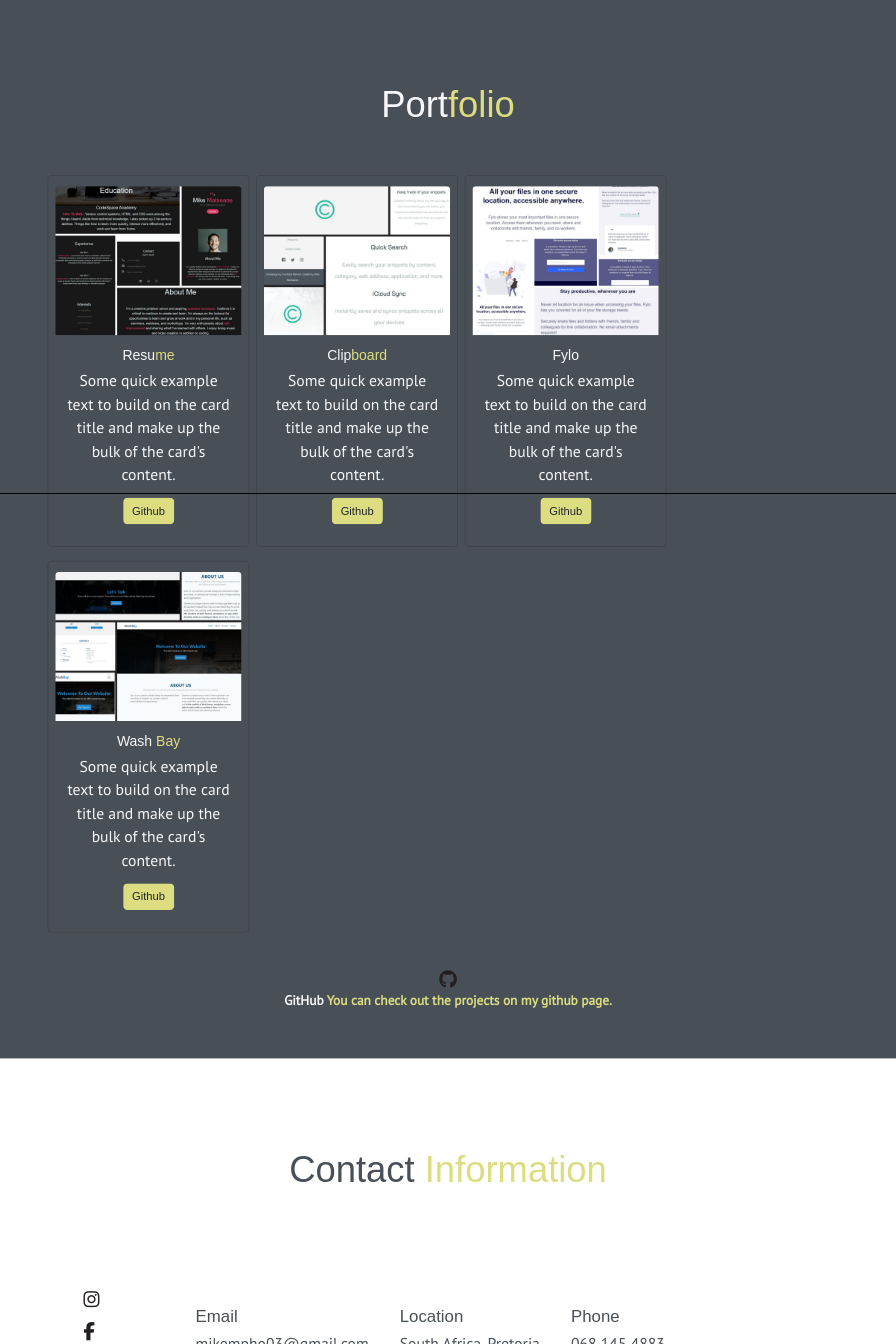
Repository: mikempho/resume10-Final
Page: resume10.html
These files come from the project's save history. The page is drawn as it stood at one moment and after the next save; the edit follows.
The browser window is 1280 px wide. The pictures show the part of the page from y = 2200 to 4120 px (the page is 4379 px tall before and 4404 px after), at 70% of full size.
Some web fonts or font styles are not loaded; a fallback is used. Some web libraries are served in a nearby version.

Above is the page before, as saved 2022-05-19 18:37:45.

### resume10.html
<html lang="en">
<head>
    <meta charset="UTF-8">
    <meta http-equiv="X-UA-Compatible" content="IE=edge">
    <meta name="viewport" content="width=device-width, initial-scale=1.0">
    <title>Mike Matseane</title>
    <!-- CSS only -->
    <link href="https://cdn.jsdelivr.net/npm/bootstrap@5.2.0-beta1/dist/css/bootstrap.min.css" rel="stylesheet" integrity="sha384-0evHe/X+R7YkIZDRvuzKMRqM+OrBnVFBL6DOitfPri4tjfHxaWutUpFmBp4vmVor" crossorigin="anonymous">

    <!-- Google Font -->
    <link rel="preconnect" href="https://fonts.googleapis.com">
    <link rel="preconnect" href="https://fonts.gstatic.com" crossorigin>
    <link href="https://fonts.googleapis.com/css2?family=PT+Sans&family=Paytone+One&display=swap" rel="stylesheet">

    <!-- CSS StyleSheet -->
    <link rel="stylesheet" href="./css/style.css">
</head>
<body>
    <!-- landing Section -->
    <header id="header">

        <!-- navbar section -->
        <nav class="navbar navbar-expand-lg">
            <div class="container-fluid justify-content-end fixed-position">
                <button class="navbar-toggler" type="button" data-bs-toggle="collapse" data-bs-target="#navbarSupportedContent" aria-controls="navbarSupportedContent" aria-expanded="false" aria-label="Toggle navigation">
                    <span class="navbar-toggler-icon"></span>
                </button>
                <div class="collapse navbar-collapse text-center mt-5" id="navbarSupportedContent">
                    <ul id="my-nav" class="navbar-nav me-auto mb-2 mb-lg-0">
                        <li class="nav-item">
                            <a class="nav-link nav-names" aria-current="page" href="#contact-section">Contact</a>
                        </li>
                        <li class="nav-item">
                            <a class="nav-link nav-names" aria-current="page" href="#portfolio-section">Portfolio</a>
                        </li>
                        <li class="nav-item">
                            <a class="nav-link nav-names" aria-current="page" href="#about-me-section">About Me</a>
                        </li>
                    </ul>
                </div>
            </div>
        </nav>

        <!-- hero section -->
        <div class="container-fluid hero">
            <div class="row">
                <div class="content-box col-md-6 text-align-left">
                    <h1><span>Mike</span> Matseane</h1>
                    <p>I'm an innovative web developer and video editor located in South Africa, Pretoria.</p>
                    <div class="icon-box">
                        <h6>Socials</h6>
                        <!-- Social Icons -->
                        <a href="#"><i class="fa-brands fa-instagram"></i></a>
                        <a href="#"><i class="fa-brands fa-facebook-f"></i></a>
                        <a href="#"><i class="fa-brands fa-twitter"></i></a>
                        <a href="#"><i class="fa-brands fa-linkedin"></i></a>

                    </div>
                </div>
                <!-- Illustration -->
                <div class="hero-section-img col-md-6">
                    <img src="./assets/img/undraw_laravel_and_vue_-59-tp.svg" alt="">
                </div>
            </div>
        </div>
    </header>

    <main>

        <!-- skill-stacks-tools -->
        <section id="tech-stacks-tools">
            <h6 class="sub-heading">Tech stacks and tools I Use</h6>

            <!-- Bootstrap Carousel -->
            <div id="carouselExampleSlidesOnly" class="carousel slide" data-bs-ride="carousel">
                <div class="carousel-inner">
                  <!-- Html  -->
                  <div class="carousel-item active " >
                    <img src="./assets/img/html.png"  alt="...">
                    <h6>Html</h6>
                  </div>

                  <!-- Css  -->
                  <div class="carousel-item">
                    <img src="./assets/img/css.png"  alt="...">
                    <h6>CSS</h6>
                  </div>

                  <!-- Bootstrap  -->
                  <div class="carousel-item">
                    <img src="./assets/img/bootstrap-logo.png"  alt="...">
                    <h6>Bootstrap</h6>
                  </div>

                  <!-- Github  -->
                  <div class="carousel-item">
                    <img src="./assets/img/GitHub_logo.png"  alt="...">
                    <h6>Github</h6>
                  </div>

                  <!-- Visual Studio Code  -->
                  <div class="carousel-item ">
                    <img src="./assets/img/visual-studio-code.png" alt="...">
                    <h6>visual-studio-code</h6>
                  </div>

                </div>
              </div>
        </section>

        <!-- about me section -->
        <section id="about-me-section">
            <div class="container-fluid">
                <div class="row">
                    <div class="col-md-6">
                        <!-- Responsive-->
                        <picture>
                            <source media="(max-width: 765px)" srcset="./assets/img/mobile-img.png">
                            <source media="(max-width: 992px)" srcset="./assets/img/tablet-img.png">
                            <img src="./assets/img/laptop-img.png" alt="my-profile-picture">
                        </picture>
                    </div>
                    <div class="col-md-6 content-box">
                        <h1>About <span>Me</span></h1>
                        <p>I'm a creative problem solver and aspiring software developer. I believe it is critical to continue to create and learn. I'm always on the lookout for opportunities to learn and grow at work and in my personal life, such as seminars, webinars, and workshops. I'm very enthusiastic about self-improvement and sharing what I've learned with others. I enjoy creating music, producing and editing video content in addition to coding.</p>
                    </div>
                </div>
            </div>
        </section>

        <!-- education section -->
        <section id="education-section">
            <h1><span>Education</span></h1>
            <div class="row">
                <div class="education-box col-sm-6">
                    <p><span>Intro To web -</span> Nemo at vitae quos quasi adipisci laborum debitis commodi repudiandae veniam laudantium explicabo qui dolorum facilis, provident recusandae. Aspernatur, neque.</p>
                </div>
                <div class="education-box col-sm-6">
                    <p><span>Intro To web - </span>Obcaecati ut ea assumenda sunt amet. Sapiente atque maxime soluta? Nemo at vitae quos quasi adipisci laborum debitis commodi repudiandae veniam laudantium explicabo qui dolorum facilis, provident recusandae. Aspernatur, neque.</p>
                </div>
            </div>
        </section>

        <!-- portfolio section -->
        <section id="portfolio-section">
            <div class="container-fluid">
                <h1>Port<span>folio</span></h1>
                <div class="row project-container">
                    <div class="card project-box" style="width: 18rem;">
                        <img src="./assets/img/resume-portfolio.png" class="card-img-top" alt="project-img">
                        <div class="card-body">
                          <h5 class="card-title">Resu<span>me</span></h5>
                          <p class="card-text">Some quick example text to build on the card title and make up the bulk of the card's content.</p>
                          <a href="#" class="btn btn-github">Github</a>
                        </div>
                    </div>
                    <div class="card project-box" style="width: 18rem;">
                        <img src="./assets/img/frontend-mentor-challenge-portfolio.png" class="card-img-top" alt="project-img-2">
                        <div class="card-body">
                          <h5 class="card-title">Clip<span>board</span></h5>
                          <p class="card-text">Some quick example text to build on the card title and make up the bulk of the card's content.</p>
                          <a href="#" class="btn btn-github">Github</a>
                        </div>
                    </div>
                    <div class="card project-box" style="width: 18rem;">
                        <img src="./assets/img/flyo-frontend-mentor-challenge.png" class="card-img-top" alt="project-img-3">
                        <div class="card-body">
                          <h5 class="card-title">Fylo</h5>
                          <p class="card-text">Some quick example text to build on the card title and make up the bulk of the card's content.</p>
                          <a href="#" class="btn btn-github">Github</a>
                        </div>
                    </div>
                    <div class="card project-box" style="width: 18rem;">
                        <img src="./assets/img/wash-bay.png" class="card-img-top" alt="project-img-4">
                        <div class="card-body">
                          <h5 class="card-title">Wash <span>Bay</span> </h5>
                          <p class="card-text">Some quick example text to build on the card title and make up the bulk of the card's content.</p>
                          <a href="#" class="btn btn-github">Github</a>
                        </div>
                    </div>

                </div>

                <!-- Github link -->
                <div class="github-link">
                    <a href="#"><i class="fa-brands fa-github"></i></a>
                    <h6>GitHub <span>You can check out the projects on my github page.</span></h6>
                </div>
            </div>
        </section>

        <!-- contact-section -->
        <section id="contact-section">
            <div class="container-fluid">
                <h1>Contact <span>Information</span></h1>
                <div class="contact-box row">

                    <!-- Social icons (Links) -->
                    <div class="social-icons col-md-2">
                        <a href="#"><i class="fa-brands fa-instagram"></i></a>
                        <a href="#"><i class="fa-brands fa-facebook-f"></i></a>
                        <a href="#"><i class="fa-brands fa-twitter"></i></a>
                        <a href="#"><i class="fa-brands fa-linkedin"></i></a>
                    </div>
                    <div class="contact-info col-md-10">
                        <!-- email -->
                        <div class="email">
                            <h4>Email</h4>
                            <p>mikempho03@gmail.com</p>
                        </div>

                        <!-- location -->
                        <div class="location">
                            <h4>Location</h4>
                            <p>South Africa, Pretoria</p>
                        </div>

                        <!-- Phone -->
                        <div class="phone">
                            <h4>Phone</h4>
                            <p>068 145 4883</p>
                        </div>
                    </div>
                </div>
                <h5 class="home"><a href="#header"><img src="./assets/img/arrow-up-solid.svg" alt=""></a></h5>
            </div>
        </section>
    </main>
    <!-- Font Awesome -->
    <script src="https://kit.fontawesome.com/80b57f53cf.js" crossorigin="anonymous"></script>

    <!-- JavaScript Bundle with Popper -->
    <script src="https://cdn.jsdelivr.net/npm/bootstrap@5.2.0-beta1/dist/js/bootstrap.bundle.min.js" integrity="sha384-pprn3073KE6tl6bjs2QrFaJGz5/SUsLqktiwsUTF55Jfv3qYSDhgCecCxMW52nD2" crossorigin="anonymous"></script>
</body>
</html>

### css/style.css
/* Universal */

body {
    margin: 0;
    box-sizing: border-box;
    color: #494F56;
    font-family: 'Paytone One', sans-serif;
    text-align: center;
}

h1 {
    font-size: 35px;
}

h6 {
    font-size: 13px;
    font-family: 'PT Sans', sans-serif;
    font-weight: bold;
}

p {
    font-size: 1rem;
    font-family: 'PT Sans', sans-serif;
}

span {
    color: #DBDD80;
}

a i:hover {
    color: #DBDD80;
    transition:0.6s;
    transform: translateY(-10px)
}

/* header section*/
#header {
    background-color: #EBEBEB;
}

/* navbar */
.nav-names {
    text-transform: uppercase;
    margin: 5px 0;
}

/* hero section */
.hero, #education-section{
    padding: 20% 4% 5% 4%;
}

.icon-box {
    margin: 15% 0;
}

#header i {
    font-size: 21px;
    margin: 5px 8px;
    color: #231F20;
    transition:1s;
}

.hero-section-img img {
    width: 250px;
}

/* skill-stacks-tools */
#tech-stacks-tools {
    background-color: #EBEBEB;

}

.carousel-item img {
    width: 100px;
    padding: 15px;
}

#tech-stacks-tools .sub-heading{
    text-transform: capitalize;
    padding: 20px;
}

/* about-me-section */
/* Dark Background */
#about-me-section, #portfolio-section{
    padding: 20% 4%;
    background-color: #494F56;
    color: #F7F7F9;
}

#about-me-section img{
    width: 90%;
    padding-top: 10px;
}

/* portfolio section */
.project-box {
    margin:10px 5px;
    padding: 15px 10px;
    background-color: #494F56;
    width: 30%;
}

.project-box h1 {
    text-transform: uppercase;
    font-size: 20px;
}

.btn-github {
    background-color: #DBDD80;
}

.project-container, .education-box{
    margin: 60px 0 0 0;
    text-align: center;
}

.github-link {
    margin-top: 40px;
}

.github-link i, .social-icons i {
    font-size: 26px;
    margin: 5px 8px;
    color: #231F20;
    transition:1s;
}

/* contact-section */
#contact-section {
    padding: 20% 4%;
}

.social-icons {
    margin: 10% 0 8% 0;
}

.contact-info {
    text-align: left;
    margin-left:5% ;
}

.home img{
    width: 5%;
    transition:1s;
    position: absolute;
    right: 25px;
    top: 30rem;
    position: fixed;
}

.home img:hover {
    transition:0.6s;
    transform: translateY(-10px);
}

/* Tablet Responsive */
@media screen and (min-width:768px) {
    /* header section*/
    .navbar {
        padding: 30px 50px 5px  50px;
    }
    .content-box {
        text-align: left;
    }

    .hero {
        padding: 20% 8% 5% 10%;
    }

    #education-section, #about-me-section, #portfolio-section, #contact-section{
        padding: 10% 4% 5% 4%;
    }

    /* contact section */
    .social-icons a {
        display: block;
        width: 10%;
        padding-top: 10px ;
    }

    .social-icons {
        padding-left: 60px;
    }

    .contact-info div{
        display: inline-block;
        margin: 0 20px;
    }

   .contact-info {
       margin-left: 0%;
   }

   #contact-section .row {
       align-items: center;
   }

}

/* Laptop and desktop Responsive */

@media screen and (min-width:992px){

    /* font resize */
    h1 {
        font-size: 52px;
    }

    h6 {
        font-size: 19px;

    }

    p {
        font-size: 1.4rem;
    }

    /* header */
    #my-nav {
        justify-content: space-around;
        width: 100%;
        background-color: #EBEBEB;
    }

    .navbar {
        padding: 0px 70px;
    }
}

After the next save:
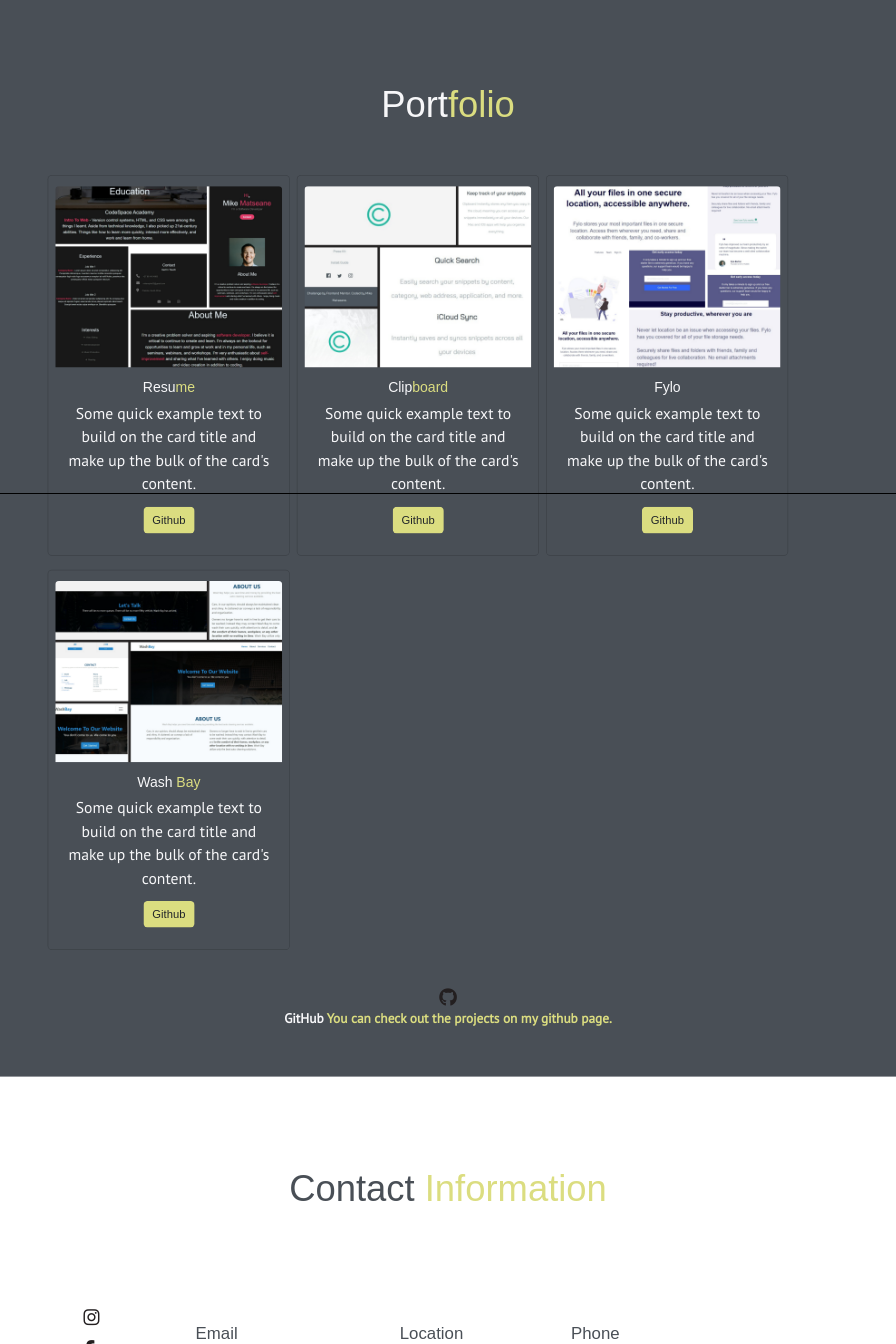
Saved 32 s later.
--- a/resume10.html
+++ b/resume10.html
@@ -146,7 +146,7 @@
             <div class="container-fluid">
                 <h1>Port<span>folio</span></h1>
                 <div class="row project-container">
-                    <div class="card project-box" style="width: 18rem;">
+                    <div class="card project-box" >
                         <img src="./assets/img/resume-portfolio.png" class="card-img-top" alt="project-img">
                         <div class="card-body">
                           <h5 class="card-title">Resu<span>me</span></h5>
@@ -154,7 +154,7 @@
                           <a href="#" class="btn btn-github">Github</a>
                         </div>
                     </div>
-                    <div class="card project-box" style="width: 18rem;">
+                    <div class="card project-box" >
                         <img src="./assets/img/frontend-mentor-challenge-portfolio.png" class="card-img-top" alt="project-img-2">
                         <div class="card-body">
                           <h5 class="card-title">Clip<span>board</span></h5>
@@ -162,7 +162,7 @@
                           <a href="#" class="btn btn-github">Github</a>
                         </div>
                     </div>
-                    <div class="card project-box" style="width: 18rem;">
+                    <div class="card project-box" >
                         <img src="./assets/img/flyo-frontend-mentor-challenge.png" class="card-img-top" alt="project-img-3">
                         <div class="card-body">
                           <h5 class="card-title">Fylo</h5>
@@ -170,7 +170,7 @@
                           <a href="#" class="btn btn-github">Github</a>
                         </div>
                     </div>
-                    <div class="card project-box" style="width: 18rem;">
+                    <div class="card project-box" >
                         <img src="./assets/img/wash-bay.png" class="card-img-top" alt="project-img-4">
                         <div class="card-body">
                           <h5 class="card-title">Wash <span>Bay</span> </h5>
